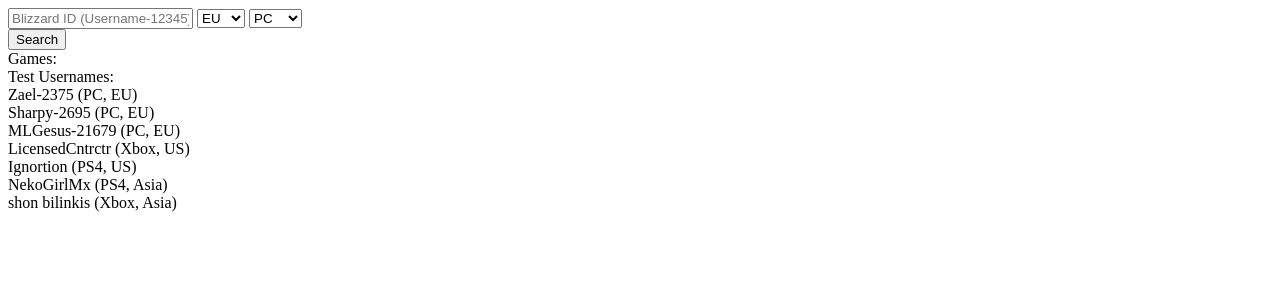
Repository: Cobonkoi/overwatch-dashboard
Page: index.html
The author's editor kept a record of every edit. The page is drawn from the files as they stood at one moment, then again after the next edit.
The browser window is 1280 px wide. The pictures show the whole page.

Above is the page before.

After the next edit:
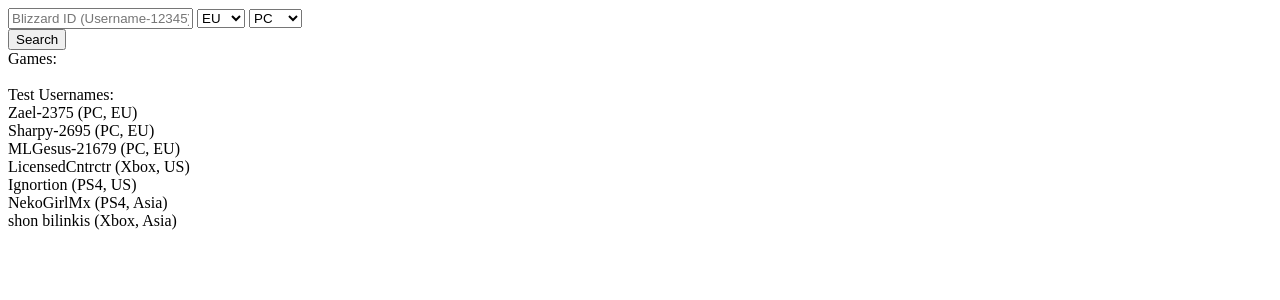
The edit:
--- a/index.html
+++ b/index.html
@@ -20,7 +20,7 @@
             </select>
         </form>
         <button onclick="writeToDocument('https://ow-api.com/v1/stats/')">Search</button>
-        <div>Games: </div><div id="stat-games"></div>
+        <div>Games: </div><div id="stat-games"></div><br>
         <div>Test Usernames: <br>
         Zael-2375 (PC, EU)<br>
         Sharpy-2695 (PC, EU)<br>
